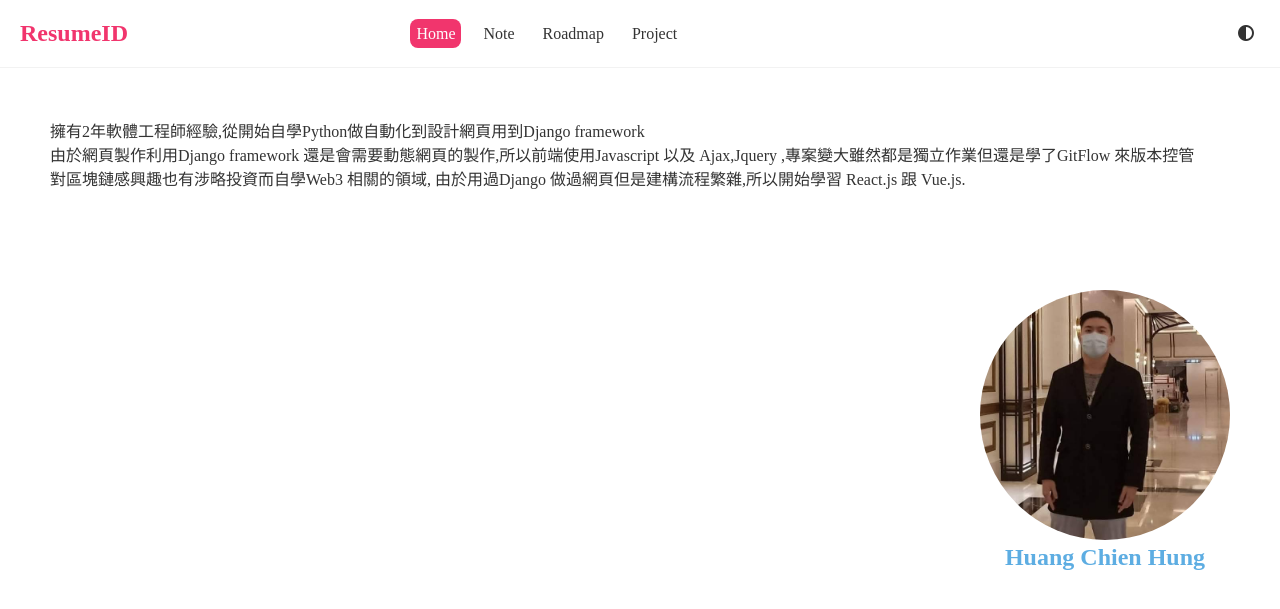
Repository: leo-play-code/ResumeID
Page: /
These files come from the project's save history. The page is drawn as it stood at one moment and after a run of saves; the edit follows.
The browser window is 1280 px wide. The pictures show the whole page.
Some web libraries are served in a nearby version. The project was rebuilt for these pictures with package versions that can differ from the ones it lists, and the page was loaded fresh each time. Also part of the build but not shown: src/Note/Note.js, src/Roadmap/Roadmap.js, src/Project/Project.js.

Above is the page before, as saved 2022-10-18 14:17:45.

### public/index.html
<!DOCTYPE html>
<html lang="en">
  <head>
    <meta charset="utf-8" />
    <link rel="icon" href="%PUBLIC_URL%/favicon.ico" />
    <meta name="viewport" content="width=device-width, initial-scale=1" />
    <meta name="theme-color" content="#000000" />
    <meta
      name="description"
      content="Web site created using create-react-app"
    />
    <link rel="apple-touch-icon" href="%PUBLIC_URL%/logo192.png" />
    <link rel="manifest" href="%PUBLIC_URL%/manifest.json" />

    <!-- fontawesome -->
    <script src="https://kit.fontawesome.com/14e9a4f90b.js" crossorigin="anonymous"></script>
    <title>React App</title>
  </head>
  <body>
    <noscript>You need to enable JavaScript to run this app.</noscript>
    <div id="root"></div>
  </body>
</html>

### src/index.css
/* base styles */
* {
  margin: 0;
  font-family: "Quicksand";
  color: #333;
}
.navbar {
  padding: 20px;
  display: flex;
  align-items: center;
  max-width: 100%;
  margin: 0 auto;
  border-bottom: 1px solid #f2f2f2;
}
.navbar h1 {
  color: #f1356d;
}
.navbar-center{
  margin-inline: auto;
}
.navbar-center .page-selected{
  color:white;
  background: #f1356d;
  border-radius: 8px;
  pointer-events: none;
}
.navbar .navbar-right {
  margin-left: auto;
}
.navbar a {
  margin-left: 16px;
  text-decoration: none;
  padding: 6px;
}
.navbar a:hover {
  color: #f1356d;
}
.content {
  max-width: 600px;
  margin: 40px auto;
  padding: 20px;
}

/* Home */
.Home .profile-container{
  height: 500px;
}
.Home .picture img{
  border-radius: 50%;
  max-width: 250px;
}
.Home .profile .MainName{
  color:#5DADE2;
}

.Home .profile .introduction{
  margin: 50px;
  float:left;
}

.Home .profile .picture{
  margin: 50px;
  text-align: center;
  float:right;
}

### src/App.js
import Navbar from './Navbar/Navbar';
import { BrowserRouter as Router,Route,Switch} from 'react-router-dom'
import Home from './Home/Home';
import Note from './Note/Note';
import Roadmap from './Roadmap/Roadmap';
import Project from './Project/Project';

function App(){
    return (
        <Router>
            <div className="App">
            <Navbar />
                <Switch>
                    <Route exact path='/'>
                        <Home />
                    </Route>
                    <Route exact path='/Note'>
                        <Note />
                    </Route>
                    <Route exact path='/Roadmap'>
                        <Roadmap />
                    </Route>
                    <Route exact path='/Project'>
                        <Project />
                    </Route>

                </Switch>
            </div>
        </Router>

    )
}

export default App;

### src/Navbar/Navbar.js
import { useEffect, useState } from 'react';
import {Link} from 'react-router-dom';

function Navbar(){
    const [navbar_state,setPageState] = useState('');
    function ChangeColor(){
        console.log('changecolor')
    }
    function PageSelected(navbar_state){
        setPageState(navbar_state)
    }
    useEffect(()=>{
        const init_url_arr = window.location.href.split('/')
        const init_url_page = init_url_arr[init_url_arr.length-1]
        setPageState(init_url_page)
    })
    return (
        <nav className="navbar">
            <h1>ResumeID</h1>
            <span className='navbar-center'>
                {(navbar_state == '')&& <Link to="/" className='page-selected'>Home</Link>}
                {!(navbar_state == '')&&<Link to="/" onClick={()=>PageSelected('Home')}>Home</Link>}
                {(navbar_state == 'Note')&& <Link to="/Note" className='page-selected'>Note</Link>}
                {!(navbar_state == 'Note')&&<Link to="/Note" onClick={()=>PageSelected('Note')}>Note</Link>}
                {(navbar_state == 'Roadmap')&& <Link to="/Roadmap" className='page-selected'>Roadmap</Link>}
                {!(navbar_state == 'Roadmap')&&<Link to="/Roadmap" onClick={()=>PageSelected('Roadmap')}>Roadmap</Link>}
                {(navbar_state == 'Project')&& <Link to="/Project" className='page-selected'>Project</Link>}
                {!(navbar_state == 'Project')&&<Link to="/Project" onClick={()=>PageSelected('Project')}>Project</Link>}
            </span>
            <div className="navbar-right">
                <a onClick={ChangeColor}><i className="fa-solid fa-circle-half-stroke"></i></a>
            </div>
        </nav>
    )
}

export default Navbar ;

### src/Home/Home.js


function Home(){
    const pic = require('./static/image/selfy.jpg');
    return(
        <div className="Home">
            <div className='profile'>
                <div className="introduction">
                    <p>擁有2年軟體⼯程師經驗,從開始⾃學Python做⾃動化到設計網⾴⽤到Django framework</p>
                    <p>由於網⾴製作利⽤Django framework 還是會需要動態網⾴的製作,所以前端使⽤Javascript 以及 Ajax,Jquery ,專案變⼤雖然都是獨立作業但還是學了GitFlow 來版本控管</p>
                    <p>對區塊鏈感興趣也有涉略投資⽽⾃學Web3 相關的領域, 由於⽤過Django 做過網⾴但是建構流程繁雜,所以開始學習 React.js 跟 Vue.js.</p>
                </div>
                <div className="picture">
                    <img src={pic} alt="" />
                    <h2 className='MainName'>Huang Chien Hung</h2>
                </div>
            </div>


        </div>
    )
}


export default Home ;

Loaded but not shown: src/index.js (common file); src/reportWebVitals.js (common file)

After the next 2 saves:
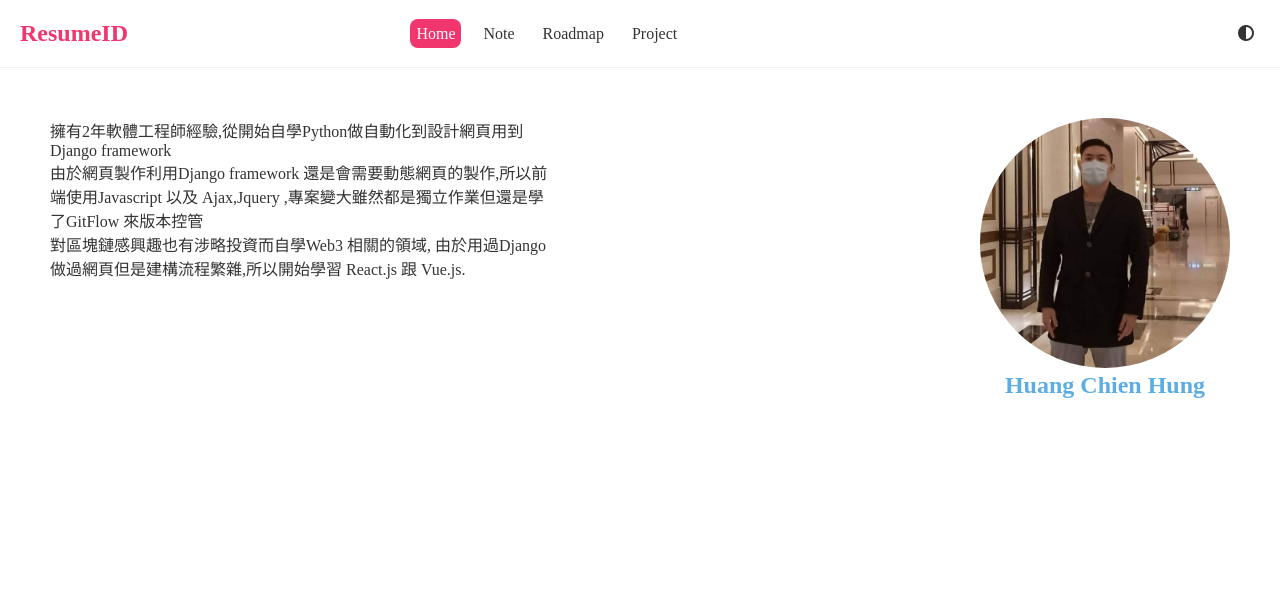
The 2 saves are shown as one change because they came seconds apart.
The last was saved 20 s later.
--- a/src/index.css
+++ b/src/index.css
@@ -56,6 +56,7 @@
 .Home .profile .introduction{
   margin: 50px;
   float:left;
+  width: 500px;
 }
 
 .Home .profile .picture{
